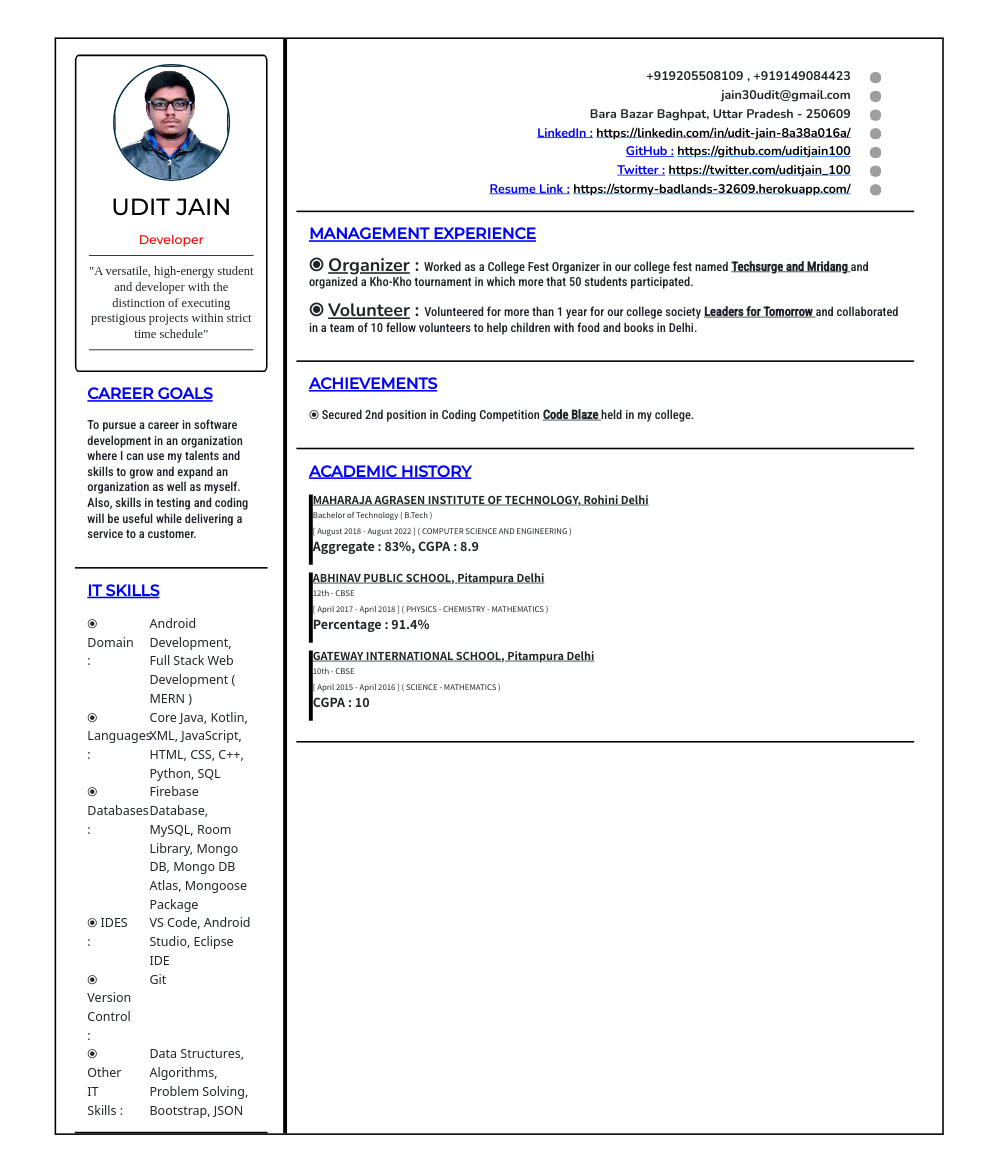
Repository: uditjain100/Resume
Page: app.html
An editor plug-in stored every save of this project. The page is shown before and after the next save, followed by the edit.
The browser window is 1280 px wide. The pictures show the whole page, at 78% of full size.
Pictures or frames that could not be fetched are drawn as grey boxes. Some web fonts or font styles are not loaded; a fallback is used.

Above is the page before, as saved 2021-05-27 18:20:14.

After the next save:
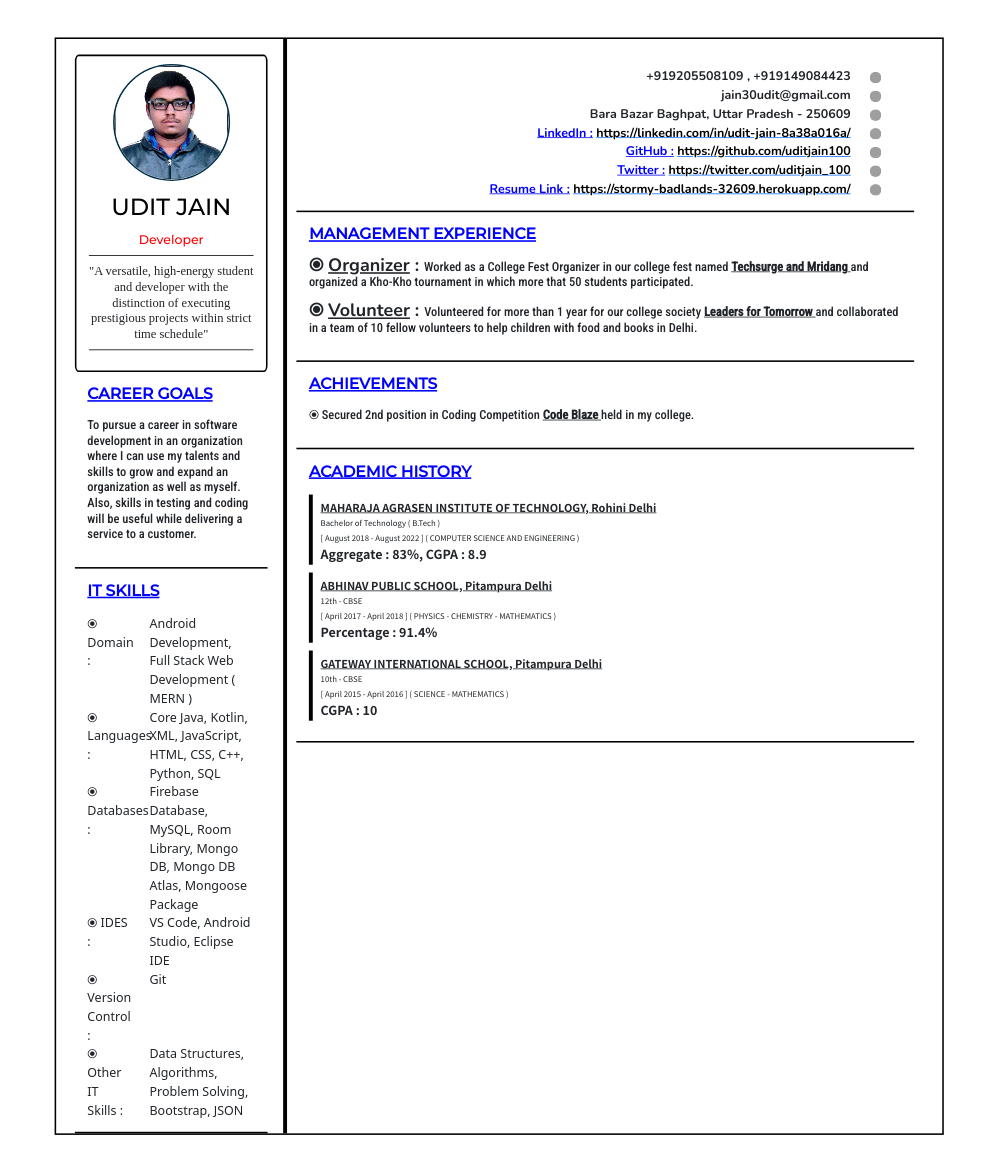
Saved 31 s later.
--- a/app.css
+++ b/app.css
@@ -159,7 +159,7 @@ li img {
 #educationitem,
 #projectitem {
 	margin-bottom: 10px;
-	padding-bottom: 10px;
+	padding: 10px 0px 0px 10px;
 	border-left: 5px black solid;
 }
 
